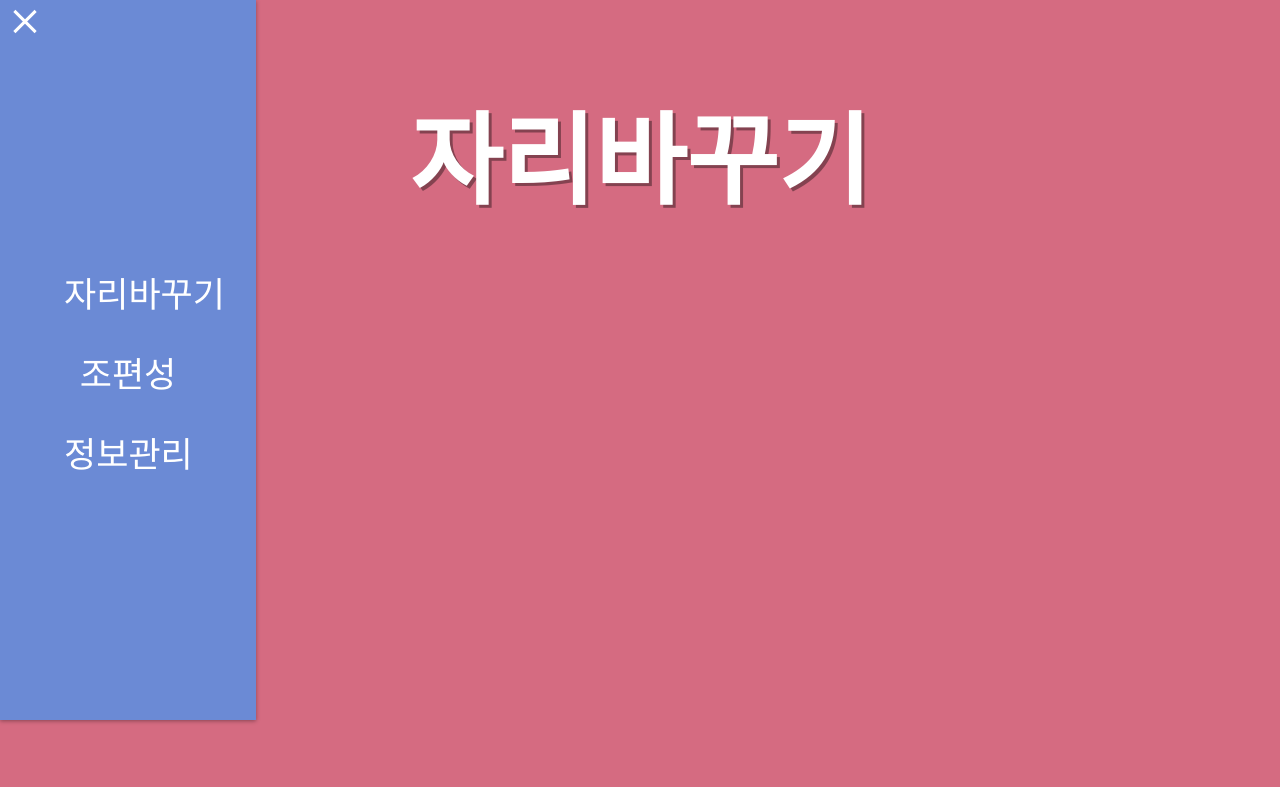
Repository: se-yoo/ChangeSeat
Page: http://localhost/ChangeSeat/main.jsp
An editor plug-in stored every save of this project. The page is shown before and after the next save, followed by the edit.
The browser window is 1280 px wide. The pictures show the whole page.
After loading, the first visible `div.wrap` was clicked once.
Some web libraries are served in a nearby version. The page is served by Tomcat 9.

Above is the page before, as saved 2018-06-25 05:25:06.

### ChangeSeat/WebContent/main.jsp
<%@ page language="java" contentType="text/html; charset=UTF-8"
    pageEncoding="UTF-8"%>
<jsp:forward page="templateTest.jsp">
	<jsp:param name="CONTENTPAGE" value="changeIndex.jsp"/>
</jsp:forward>

### ChangeSeat/WebContent/templateTest.jsp
<%@ page language="java" contentType="text/html; charset=UTF-8"
    pageEncoding="UTF-8"%>
<!DOCTYPE html>
<html>
<head>
<meta charset="UTF-8">
<title>자리바꾸기</title>
<meta name="viewport" content="width=device-width, initial-scale=1">
 <title>Side Menu</title>
 <link rel="stylesheet" href="style.css">
 <link href='https://fonts.googleapis.com/css?family=Pacifico' rel='stylesheet' type='text/css'>
 <script src="//ajax.googleapis.com/ajax/libs/jquery/1.6.1/jquery.min.js" type="text/javascript"></script>
 <script>
$(document).ready(function(){
  /*
  $(".first").mouseover(function(){
    $(".second").css("background-color", '#6b81d5');
    $(".first").css("background-color", '#D56B81');

  });
  $(".second").mouseover(function(){
    $(".second").css("background-color", '#8a6bd5');
    $(".first").css("background-color", '#6bd5bf');

  });
  */
  $(".wrap").click(function(){
    $(".top").toggleClass("addedtop");
    $(".mid").toggleClass("addedmid");
    $(".bot").toggleClass("addedbot");
$(".side").toggleClass("triggered");
    $(".sidebtn").toggleClass("sideopacity");


  });

}); //final
</script>
</head>
<body>
<%
	String contentpage=request.getParameter("CONTENTPAGE");
%>
  <div class="wrap">
<span class="line top"></span>
  <span class="line mid"></span>
  <span class="line bot"></span>
  </div>
  <div class="side">
    <a href="#" class="sidebtn">자리바꾸기</a>
    <a href="#" class="sidebtn">조편성</a>
    <a href="#" class="sidebtn">정보관리</a>
  </div>
  <jsp:include page="<%= contentpage %>"></jsp:include>
</body>
</html>

### ChangeSeat/WebContent/changeIndex.jsp
<%@ page language="java" contentType="text/html; charset=UTF-8"
    pageEncoding="UTF-8"%>
<!DOCTYPE html>
<html>
<head>
<meta content="text/html; charset=UTF-8">
<title></title>
</head>
<body>
	<h1 class="header">
    	자리바꾸기
  	</h1>
</body>
</html>

### ChangeSeat/WebContent/style.css
@CHARSET "UTF-8";
body {
  font-family: "roboto", sans-serif;
  background-color:#D56B81;
  margin: 0;
  padding: 0;
}
html,body {
 height:100%;
}
.line {
 display: block;
  height:3px;
  width:30px;
  background-color:white;
  margin-top:5px;
  position: absolute;
  top:0;

  transition: all .4s ease-in-out;
}
.wrap {
 height:80px;
  position: relative;
  top:5px;
  left:10px;
  width: 30px;
  z-index: +150;
  cursor: pointer;
  height:30px;
  position: fixed;
}

.mid {
 top:10px;
}
.bot {
top:20px;
}

.addedmid {
  transform: rotate(135deg);
}
.addedtop {
  transform: rotate(45deg);
  top:10px;
}
.addedbot {
 opacity: 0;
}
.side {
 width:20%;
  position: fixed;
  height:100%;
  text-align: center;
  left:-20%;
  z-index: 80;
  box-shadow: 0 1px 4px 0 rgba(0,0,0,0.37);
  top:0;
  background-color: #6b8ad5;
  transition: all .5s ease-in-out;
}
.sidebtn {
 text-decoration: none;
  display: block;
  color:white;
  font-family: 'pacifico';
  font-size:35px;
  opacity:0;
  width:50%;
  position: relative;
  left:25%;
  top:35%;
  white-space: nowrap;
  line-height:80px;
  transition:all .25s ease-in-out;

}
.sideopacity  {
 opacity: 1;
  transition: all 1s ease-in-out;
}
.sidebtn:hover {
  text-shadow: 2px 2px rgba(0, 0, 0, 0.38);
}
.triggered {
 left:0;
}
.sidebtn::after {
 content: '';
  position: absolute;
  bottom:0;
  left:50%;
  width:0%;
  height:5px;
  background-color: white;
  transition: all .3s ease-out;
}
.sidebtn:hover::after {
 width: 100%;
  left:0;
  box-shadow: 2px 2px rgba(0, 0, 0, 0.38);
}
.header {
  font-family:'pacifico';
  color:white;
  font-size:100px;
  top:30%;
  text-align:center;
  cursor: default;
  transition: all .4s ease-in-out;
  text-shadow: 3px 3px rgba(0, 0, 0, 0.38);
}

After the next save:
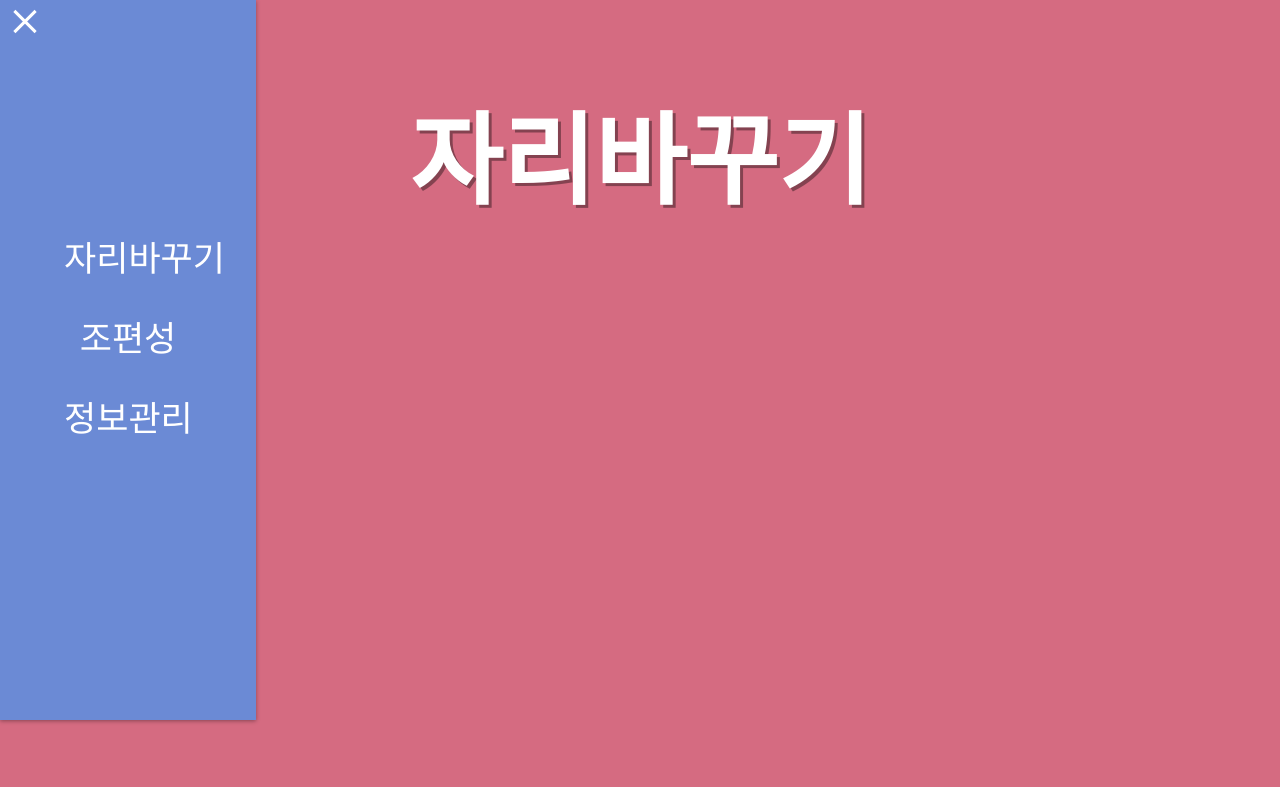
Saved 8 s later.
--- a/ChangeSeat/WebContent/style.css
+++ b/ChangeSeat/WebContent/style.css
@@ -70,7 +70,7 @@ top:20px;
   width:50%;
   position: relative;
   left:25%;
-  top:35%;
+  top:30%;
   white-space: nowrap;
   line-height:80px;
   transition:all .25s ease-in-out;
